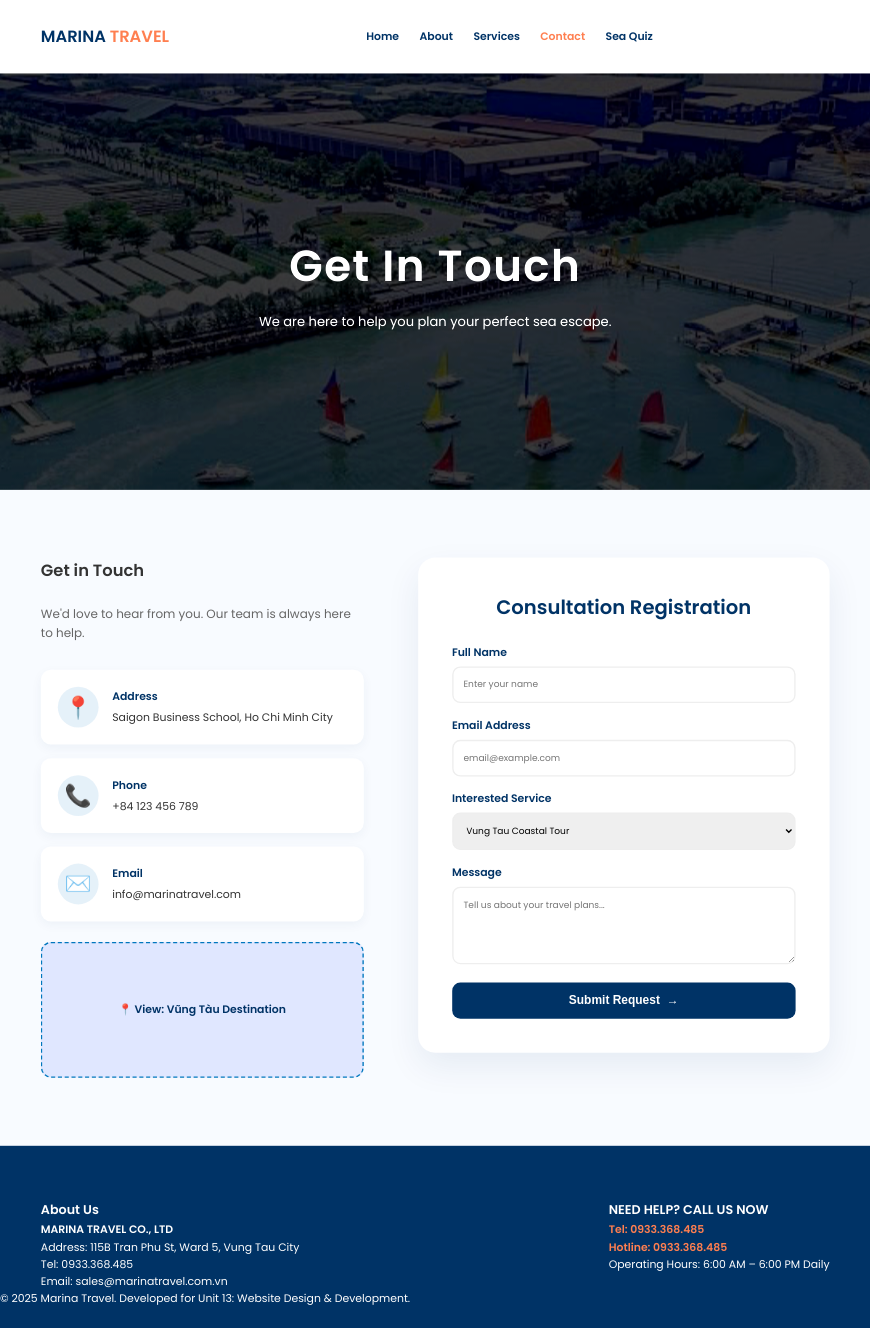
Repository: phatlam0058-commits/WebDD
Page: html/contact.html
An editor plug-in stored every save of this project. The page is shown before and after the next save, followed by the edit.
The browser window is 1280 px wide. The pictures show the whole page, at 68% of full size.

Above is the page before, as saved 2026-01-28 14:11:30.

### html/contact.html
<!DOCTYPE html>
<html lang="en">
<head>
    <meta charset="UTF-8">
    <meta name="viewport" content="width=device-width, initial-scale=1.0">
    <title>Contact Us - Marina Travel</title>
    <link rel="stylesheet" href="../css/style.css">
    <link rel="stylesheet" href="../css/responsive.css">
    <link href="https://fonts.googleapis.com/css2?family=Poppins:wght@300;400;600&display=swap" rel="stylesheet">
</head>
<body>

    <header>
        <nav class="navbar">
            <div class="logo">Marina <span>Travel</span></div>
            <ul class="nav-links">
                <li><a href="index.html">Home</a></li>
                <li><a href="about.html">About</a></li>
                <li><a href="services.html">Services</a></li>
                <li><a href="contact.html" class="active">Contact</a></li>
                <li><a href="game.html">Sea Quiz</a></li>
            </ul>
        </nav>
    </header>

    <main>
        <section class="hero-window">
            <div class="hero-slider" id="hero-slider">
                <div class="slide" style="background-image: linear-gradient(rgba(0,0,0,0.6), rgba(0,0,0,0.6)), url('../img/Marina_Photo_Number_2.jpg');">
                    <div class="hero-content">
                        <h1>Get In Touch</h1>
                        <p>We are here to help you plan your perfect sea escape.</p>
                    </div>
                </div>
                <div class="slide" style="background-image: linear-gradient(rgba(0,0,0,0.6), rgba(0,0,0,0.6)), url('../img/Marina_Photo_Number_5.jpg');">
                    <div class="hero-content">
                        <h1>24/7 Hotline Support</h1>
                        <p>Call us now at 0933.368.485 for immediate assistance.</p>
                    </div>
                </div>
                <div class="slide" style="background-image: linear-gradient(rgba(0,0,0,0.6), rgba(0,0,0,0.6)), url('../img/Marina_Photo_Number_7.jpg');">
                    <div class="hero-content">
                        <h1>Ready for the Sea?</h1>
                        <p>Test your ocean knowledge with our Sea Quiz!</p>
                    </div>
                </div>
            </div>
        </section>

        <section class="contact-page-wrapper">
    <div class="container contact-grid">
        <div class="contact-info-card">
            <h2 class="section-title">Get in Touch</h2>
                <p class="subtitle">We'd love to hear from you. Our team is always here to help.</p>

            <div class="info-item-box">
                <div class="info-icon">📍</div>
                <div>
                    <h4>Address</h4>
                    <p>Saigon Business School, Ho Chi Minh City</p>
                </div>
            </div>

            <div class="info-item-box">
                <div class="info-icon">📞</div>
                <div>
                    <h4>Phone</h4>
                    <p>+84 123 456 789</p>
                </div>
            </div>

            <div class="info-item-box">
                <div class="info-icon">✉️</div>
                <div>
                    <h4>Email</h4>
                    <p>info@marinatravel.com</p>
                </div>
            </div>

            <div class="map-preview">
                <p>📍 View: Vũng Tàu Destination</p>
            </div>
        </div>

        <div class="form-container-card">
            <h3>Consultation Registration</h3>
            <form id="consultation-form">
                <div class="input-group">
                    <label>Full Name</label>
                    <input type="text" placeholder="Enter your name" required>
                </div>

                <div class="input-group">
                    <label>Email Address</label>
                    <input type="email" placeholder="email@example.com" required>
                </div>

                <div class="input-group">
                    <label>Interested Service</label>
                    <select>
                        <option>Vung Tau Coastal Tour</option>
                        <option>Go Gang Island Eco-Tour</option>
                        <option>Long Son Raft Village</option>
                        <option>Private Boat Rental</option>
                    </select>
                </div>

                <div class="input-group">
                    <label>Message</label>
                    <textarea rows="4" placeholder="Tell us about your travel plans..."></textarea>
                </div>

                <button type="submit" class="submit-btn-modern">
                    Submit Request <span>→</span>
                </button>
            </form>
        </div>

    </div>
</section>
    </main>

    <footer>
        <div class="container footer-flex">
            <div class="footer-left">
                <h3>About Us</h3>
                <p><strong>MARINA TRAVEL CO., LTD</strong></p>
                <p>Address: 115B Tran Phu St, Ward 5, Vung Tau City</p>
                <p>Tel: 0933.368.485</p>
                <p>Email: sales@marinatravel.com.vn</p>
            </div>

            <div class="footer-right">
                <h3>NEED HELP? CALL US NOW</h3>
                <p class="hotline-text">Tel: 0933.368.485</p>
                <p class="hotline-text">Hotline: 0933.368.485</p>
                <p>Operating Hours: 6:00 AM – 6:00 PM Daily</p>
            </div>
        </div>

        <div class="footer-bottom">
            <p>&copy; 2025 Marina Travel. Developed for Unit 13: Website Design & Development.</p>
        </div>
    </footer>

    <script src="../js/main.js"></script>
    <script src="../js/form-validation.js"></script>
</body>
</html>

### css/style.css
/* --- Root Variables for Brand Consistency --- */
:root {
    --primary-blue: #003366;
    --secondary-blue: #0077be;
    --accent-coral: #ff7f50;
    --light-bg: #f4f9ff;
    --white: #ffffff;
    --dark-text: #333333;
    --transition: all 0.4s cubic-bezier(0.25, 0.46, 0.45, 0.94);
}

/* --- Global Reset --- */
* {
    margin: 0;
    padding: 0;
    box-sizing: border-box;
}

body {
    font-family: 'Poppins', sans-serif;
    line-height: 1.6;
    color: var(--dark-text);
    background-color: var(--light-bg);
    overflow-x: hidden;
}

/* --- Layout Containers --- */
.container {
    max-width: 1200px;
    margin: 0 auto;
    padding: 0 20px;
}

/* --- Navigation --- */
header {
    background: var(--white);
    box-shadow: 0 2px 10px rgba(0,0,0,0.1);
    position: sticky;
    top: 0;
    z-index: 1000;
}

.navbar {
    display: flex;
    justify-content: space-between;
    align-items: center;
    max-width: 1200px;
    margin: 0 auto;
    padding: 15px 20px;
}

.logo {
    font-size: 24px;
    font-weight: 700;
    color: var(--primary-blue);
    text-transform: uppercase;
}

.logo span {
    color: var(--accent-coral);
}

.nav-links {
    display: flex;
    list-style: none;
}

.nav-links li {
    margin-left: 30px;
}

.nav-links a {
    text-decoration: none;
    color: var(--primary-blue);
    font-weight: 600;
    transition: var(--transition);
}

.nav-links a:hover,
.nav-links a.active {
    color: var(--accent-coral);
}

/* =============================================
    ABOUT PAGE: QUICK SERVICES (3 Boxes)
   ============================================= */
.quick-services {
    display: flex;
    height: 450px;
    width: 100%;
    overflow: hidden;
}

.service-box {
    flex: 1;
    background-size: cover;
    background-position: center;
    position: relative;
    display: flex;
    align-items: flex-end;
    padding: 40px;
    color: var(--white);
    transition: var(--transition);
    cursor: pointer;
}

/* Hiệu ứng trượt rộng ra khi hover */
.service-box:hover {
    flex: 1.5;
}

.box-content {
    position: relative;
    z-index: 2;
    transition: transform 0.5s ease;
}

.service-box:hover .box-content {
    transform: translateY(-10px);
}

.box-content h3 {
    font-size: 1.8rem;
    margin-bottom: 5px;
}

/* =============================================
    COMPANY DETAIL SECTION
   ============================================= */
.company-detail {
    padding: 100px 0;
}

.detail-grid {
    display: grid;
    grid-template-columns: 1fr 1fr;
    gap: 60px;
    align-items: center;
}

.badge {
    display: inline-block;
    background: rgba(255, 127, 80, 0.1);
    color: var(--accent-coral);
    padding: 5px 15px;
    border-radius: 50px;
    font-weight: 600;
    font-size: 0.9rem;
    margin-bottom: 15px;
}

.detail-text h2 {
    font-size: 2.8rem;
    color: var(--primary-blue);
    line-height: 1.2;
    margin-bottom: 25px;
}

.check-list {
    list-style: none;
    margin: 30px 0;
}

.check-list li {
    position: relative;
    padding-left: 30px;
    margin-bottom: 15px;
    font-weight: 500;
    transition: 0.3s;
}

.check-list li::before {
    content: '⚓';
    position: absolute;
    left: 0;
    color: var(--accent-coral);
}

.check-list li:hover {
    transform: translateX(10px);
    color: var(--secondary-blue);
}

.img-frame {
    width: 100%;
    border-radius: 20px;
    box-shadow: 30px 30px 0px rgba(0, 51, 102, 0.05);
    transition: var(--transition);
}

.img-frame:hover {
    transform: scale(1.02);
}
/* --- HERO SLIDER (Kiểu dải băng) --- */
.hero-window {
    height: 85vh;
    overflow: hidden; /* Quan trọng để ẩn phần slide bị thừa */
    position: relative;
    background: #000;
}

.hero-slider {
    display: flex; /* Dùng flexbox để các slide nằm cạnh nhau */
    width: 100%; /* Sẽ được JS điều chỉnh để chứa các slide clone */
    height: 100%;
    transition: transform 1.2s cubic-bezier(0.645, 0.045, 0.355, 1); /* Transition mượt mà */
    /* Thêm perspective cho hiệu ứng 3D nhẹ nếu muốn */
    /* perspective: 1000px; */
}

.slide {
    flex-shrink: 0; /* Quan trọng: Ngăn slide bị co lại */
    width: 100%; /* Mỗi slide chiếm 100% chiều rộng của .hero-window */
    height: 100%;
    background-size: cover;
    background-position: center;
    display: flex;
    align-items: center;
    justify-content: center;
    text-align: center;
    color: white;
    position: relative; /* Cho lớp phủ gradient và nội dung */
    /* Hiệu ứng 3D nhẹ khi trượt (tùy chọn) */
    /* transform-style: preserve-3d; */
}

/* Lớp phủ gradient để chữ dễ đọc hơn */
.slide::before {
    content: '';
    position: absolute;
    inset: 0;
    background: linear-gradient(rgba(0,0,0,0.4), rgba(0,0,0,0.4));
    z-index: 1;
}

.hero-content {
    position: relative; /* Đặt trên lớp phủ */
    z-index: 2;
    max-width: 800px;
}

/* --- HIỆU ỨNG CHỮ (Professional Reveal) --- */
.hero-content h1 {
    font-size: 4rem;
    font-weight: 700;
    letter-spacing: 2px;
    margin-bottom: 15px;
    clip-path: inset(0 0 100% 0); /* Ẩn chữ bằng clip-path */
    transition: clip-path 1.2s cubic-bezier(0.77, 0, 0.175, 1);
}

.hero-content p {
    font-size: 1.2rem;
    opacity: 0;
    transform: translateY(20px); /* Ẩn xuống dưới */
    transition: all 1s ease-out;
}

.btn-primary {
    opacity: 0;
    transform: scale(0.8); /* Ẩn bằng scale */
    transition: all 0.6s cubic-bezier(0.175, 0.885, 0.32, 1.275);
}

/* Khi slide được active (bởi JS) thì chữ hiện ra */
.slide.active-slide .hero-content h1 {
    clip-path: inset(0 0 0 0);
    transition-delay: 0.5s;
}

.slide.active-slide .hero-content p {
    opacity: 1;
    transform: translateY(0);
    transition-delay: 1.2s;
}

.slide.active-slide .btn-primary {
    opacity: 1;
    transform: scale(1);
    transition-delay: 1.5s;
}

/* --- Nút điều hướng (tùy chọn) --- */
.slider-nav {
    position: absolute;
    top: 50%;
    transform: translateY(-50%);
    background: rgba(0, 51, 102, 0.5); /* Nền xanh đậm trong suốt */
    color: white;
    border: none;
    padding: 15px 20px;
    font-size: 1.5rem;
    cursor: pointer;
    z-index: 10;
    border-radius: 5px;
    transition: background 0.3s ease;
}

.slider-nav:hover {
    background: var(--accent-coral);
}

.slider-nav.prev {
    left: 20px;
}

.slider-nav.next {
    right: 20px;
}
/* --- Buttons --- */
.btn-primary {
    background: var(--accent-coral);
    color: var(--white);
    padding: 14px 35px;
    border-radius: 50px;
    text-decoration: none;
    font-weight: 600;
    display: inline-block;
    transition: var(--transition);
    border: none;
}

.btn-primary:hover {
    transform: translateY(-3px);
    box-shadow: 0 10px 20px rgba(255, 127, 80, 0.3);
}

/* --- Footer --- */
footer {
    background: var(--primary-blue);
    color: white;
    padding: 80px 0 30px;
}

.footer-flex {
    display: flex;
    justify-content: space-between;
    flex-wrap: wrap;
    gap: 40px;
}

.hotline-text {
    font-weight: 700;
    color: var(--accent-coral);
}

/* --- Responsive --- */
@media (max-width: 768px) {
    .quick-services {
        flex-direction: column;
        height: auto;
    }
    .service-box {
        height: 250px;
    }
    .detail-grid {
        grid-template-columns: 1fr;
    }
    .detail-text h2 {
        font-size: 2rem;
    }
}
/* =============================================
    SERVICES PAGE: SIGNATURE TOURS GRID
   ============================================= */
.services-section {
    padding: 100px 0;
}

.services-grid {
    display: grid;
    grid-template-columns: repeat(auto-fit, minmax(350px, 1fr));
    gap: 40px;
}

.service-card {
    background: var(--white);
    border-radius: 20px;
    overflow: hidden;
    box-shadow: 0 15px 35px rgba(0,0,0,0.08);
    transition: var(--transition);
    display: flex;
    flex-direction: column;
}

.service-card:hover {
    transform: translateY(-12px);
    box-shadow: 0 20px 40px rgba(0, 51, 102, 0.12);
}

.service-img {
    height: 250px;
    overflow: hidden;
}

.service-img img {
    width: 100%;
    height: 100%;
    object-fit: cover;
    transition: transform 0.6s ease;
}

.service-card:hover .service-img img {
    transform: scale(1.1);
}

.service-info {
    padding: 30px;
    flex-grow: 1;
    display: flex;
    flex-direction: column;
}

.service-info h3 {
    color: var(--primary-blue);
    font-size: 1.5rem;
    margin-bottom: 15px;
}

.service-info p {
    font-size: 0.95rem;
    color: #666;
    margin-bottom: 20px;
    flex-grow: 1;
}

/* Meta info: Duration & Price */
.tour-meta {
    display: flex;
    justify-content: space-between;
    align-items: center;
    padding-top: 20px;
    border-top: 1px solid #eee;
    margin-bottom: 20px;
}

.duration {
    font-size: 0.85rem;
    color: var(--secondary-blue);
    font-weight: 600;
}

.price {
    font-size: 1.1rem;
    color: var(--accent-coral);
    font-weight: 700;
}

.btn-small {
    text-align: center;
    background: var(--primary-blue);
    color: white;
    padding: 10px 20px;
    border-radius: 8px;
    text-decoration: none;
    font-weight: 600;
    transition: var(--transition);
}

.btn-small:hover {
    background: var(--secondary-blue);
}

/* =============================================
    EXTRA ACTIVITIES (Kayaking, Water Biking...)
   ============================================= */
.extra-activities {
    background: #f0f7ff;
    padding: 100px 0;
}

.extra-grid {
    display: grid;
    grid-template-columns: repeat(3, 1fr);
    gap: 30px;
    margin-top: 50px;
}

.extra-card {
    position: relative;
    height: 350px;
    border-radius: 20px;
    overflow: hidden;
    box-shadow: 0 10px 25px rgba(0,0,0,0.1);
}

.extra-img {
    width: 100%;
    height: 100%;
    background-size: cover;
    background-position: center;
    transition: transform 0.8s ease;
}

.extra-overlay {
    position: absolute;
    inset: 0;
    background: linear-gradient(to top, rgba(0, 51, 102, 0.85), transparent 70%);
    display: flex;
    flex-direction: column;
    justify-content: flex-end;
    align-items: center;
    padding-bottom: 40px;
    color: white;
    opacity: 0.9;
    transition: var(--transition);
}

.extra-icon {
    font-size: 2.5rem;
    margin-bottom: 10px;
}

.extra-card h4 {
    font-size: 1.4rem;
    letter-spacing: 1px;
    text-transform: uppercase;
}

/* Hiệu ứng khi hover vào card extra */
.extra-card:hover .extra-img {
    transform: scale(1.15);
}

.extra-card:hover .extra-overlay {
    background: linear-gradient(to top, rgba(255, 127, 80, 0.9), transparent 80%);
}

/* =============================================
    RESPONSIVE FOR SERVICES
   ============================================= */
@media (max-width: 992px) {
    .extra-grid {
        grid-template-columns: repeat(2, 1fr);
    }
}

@media (max-width: 600px) {
    .services-grid, .extra-grid {
        grid-template-columns: 1fr;
    }
    .extra-card {
        height: 300px;
    }
}
/* =============================================
    CONTACT PAGE SPECIFIC STYLES
   ============================================= */
.contact-page-wrapper {
    padding: 100px 0;
    background-color: #f8fbff;
}

.contact-grid {
    display: grid;
    grid-template-columns: 1fr 1.2fr;
    gap: 50px;
    align-items: start;
}

/* Info Side */
.contact-info-card {
    padding-right: 30px;
}

.contact-info-card .subtitle {
    margin: -40px 0 40px 0; /* Căn chỉnh lại khoảng cách dưới title */
    margin-top: 30px;
    color: #666;
    font-size: 1.1rem;
}

.info-item-box {
    display: flex;
    align-items: center;
    background: var(--white);
    padding: 25px;
    border-radius: 15px;
    margin-bottom: 20px;
    box-shadow: 0 5px 15px rgba(0, 51, 102, 0.05);
    transition: var(--transition);
}

.info-item-box:hover {
    transform: translateX(10px);
    box-shadow: 0 10px 25px rgba(0, 51, 102, 0.1);
}

.info-icon {
    font-size: 2rem;
    margin-right: 20px;
    background: rgba(0, 119, 190, 0.1);
    width: 60px;
    height: 60px;
    display: flex;
    align-items: center;
    justify-content: center;
    border-radius: 50%;
}

.info-item-box h4 {
    color: var(--primary-blue);
    margin-bottom: 5px;
}

.map-preview {
    margin-top: 30px;
    height: 200px;
    background: #e0e7ff;
    border-radius: 15px;
    display: flex;
    align-items: center;
    justify-content: center;
    border: 2px dashed var(--secondary-blue);
    color: var(--primary-blue);
    font-weight: 600;
}

/* Form Side */
.form-container-card {
    background: var(--white);
    padding: 50px;
    border-radius: 25px;
    box-shadow: 0 20px 50px rgba(0, 51, 102, 0.08);
}

.form-container-card h3 {
    font-size: 1.8rem;
    color: var(--primary-blue);
    margin-bottom: 30px;
    text-align: center;
}

.input-group {
    margin-bottom: 20px;
}

.input-group label {
    display: block;
    font-weight: 600;
    margin-bottom: 8px;
    color: var(--primary-blue);
}

.input-group input,
.input-group select,
.input-group textarea {
    width: 100%;
    padding: 15px;
    border: 2px solid #eee;
    border-radius: 12px;
    font-family: inherit;
    transition: var(--transition);
}

.input-group input:focus,
.input-group select:focus,
.input-group textarea:focus {
    border-color: var(--secondary-blue);
    outline: none;
    background: #fdfdfd;
}

.submit-btn-modern {
    width: 100%;
    padding: 16px;
    background: var(--primary-blue);
    color: white;
    border: none;
    border-radius: 12px;
    font-size: 1.1rem;
    font-weight: 600;
    cursor: pointer;
    transition: var(--transition);
    display: flex;
    justify-content: center;
    align-items: center;
    gap: 10px;
}

.submit-btn-modern:hover {
    background: var(--accent-coral);
    transform: translateY(-3px);
    box-shadow: 0 10px 20px rgba(255, 127, 80, 0.3);
}

/* =============================================
    GLOBAL UPDATES (Sửa lỗi ảnh tối & Chữ trượt)
   ============================================= */
.slide {
    /* Đảm bảo ảnh nền sáng hơn dù có gradient đè trực tiếp trong HTML */
    filter: contrast(1.05) brightness(1.05);
}

.hero-content h1, .hero-content p {
    /* Hiệu ứng chữ trượt từ từ lên trên */
    animation: slideInUp 1.2s cubic-bezier(0.2, 0.8, 0.2, 1) forwards;
    opacity: 0;
}

.hero-content p {
    animation-delay: 0.3s;
}

@keyframes slideInUp {
    from {
        opacity: 0;
        transform: translateY(50px);
    }
    to {
        opacity: 1;
        transform: translateY(0);
    }
}

/* =============================================
    RESPONSIVE
   ============================================= */
@media (max-width: 992px) {
    .contact-grid {
        grid-template-columns: 1fr;
    }
    .contact-info-card {
        padding-right: 0;
        margin-bottom: 50px;
    }
}

### css/responsive.css
/* --- Responsive Design for Marina Travel --- */

/* Tablet & Smaller Devices (max-width: 992px) */
@media (max-width: 992px) {
    .hero-content h1 {
        font-size: 2.8rem;
    }

    .contact-container {
        grid-template-columns: 1fr; /* Stack contact info and form vertically */
        gap: 30px;
    }
}

/* Mobile Devices (max-width: 768px) */
@media (max-width: 768px) {

    /* Navigation Adjustments */
    .nav-links {
        display: none; /* We hide the links to show a mobile menu via JS later */
        flex-direction: column;
        width: 100%;
        background: var(--white);
        position: absolute;
        top: 70px;
        left: 0;
        padding: 20px;
        box-shadow: 0 10px 10px rgba(0,0,0,0.1);
    }

    .nav-links.nav-active {
        display: flex; /* This will be toggled by main.js */
    }

    .nav-links li {
        margin: 15px 0;
        text-align: center;
    }

    /* Hero Text Scaling */
    .hero-content h1 {
        font-size: 2.2rem;
    }

    .hero-btns {
        display: flex;
        flex-direction: column;
        gap: 15px;
    }

    .btn-secondary {
        margin-left: 0;
    }

    /* Section Spacing */
    section {
        padding: 50px 0;
    }

    .section-title h2 {
        font-size: 2rem;
    }

    /* Grid Adjustments */
    .feature-grid, .services-grid {
        grid-template-columns: 1fr; /* Single column for mobile */
    }

    /* Footer Adjustments */
    .footer-content {
        padding: 0 20px;
    }
}

/* Extra Small Devices (max-width: 480px) */
@media (max-width: 480px) {
    .hero-content h1 {
        font-size: 1.8rem;
    }

    .logo {
        font-size: 20px;
    }
}

Loaded but not shown: js/main.js (103 lines, source omitted); js/form-validation.js (60 lines, source omitted)

After the next save:
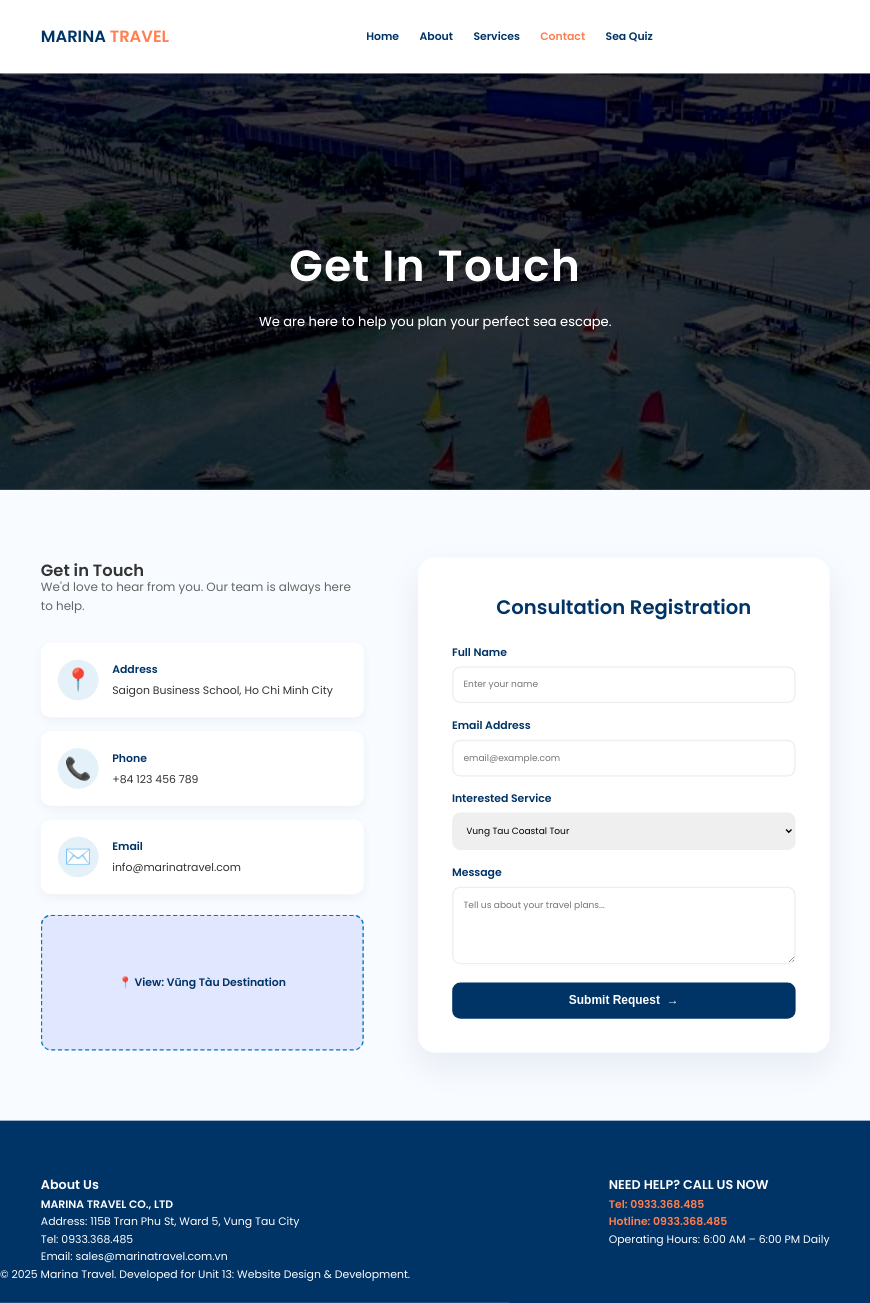
Saved 34 s later.
--- a/css/style.css
+++ b/css/style.css
@@ -565,7 +565,7 @@ footer {
 
 .contact-info-card .subtitle {
     margin: -40px 0 40px 0; /* Căn chỉnh lại khoảng cách dưới title */
-    margin-top: 30px;
+    padding-top: 30px;
     color: #666;
     font-size: 1.1rem;
 }
